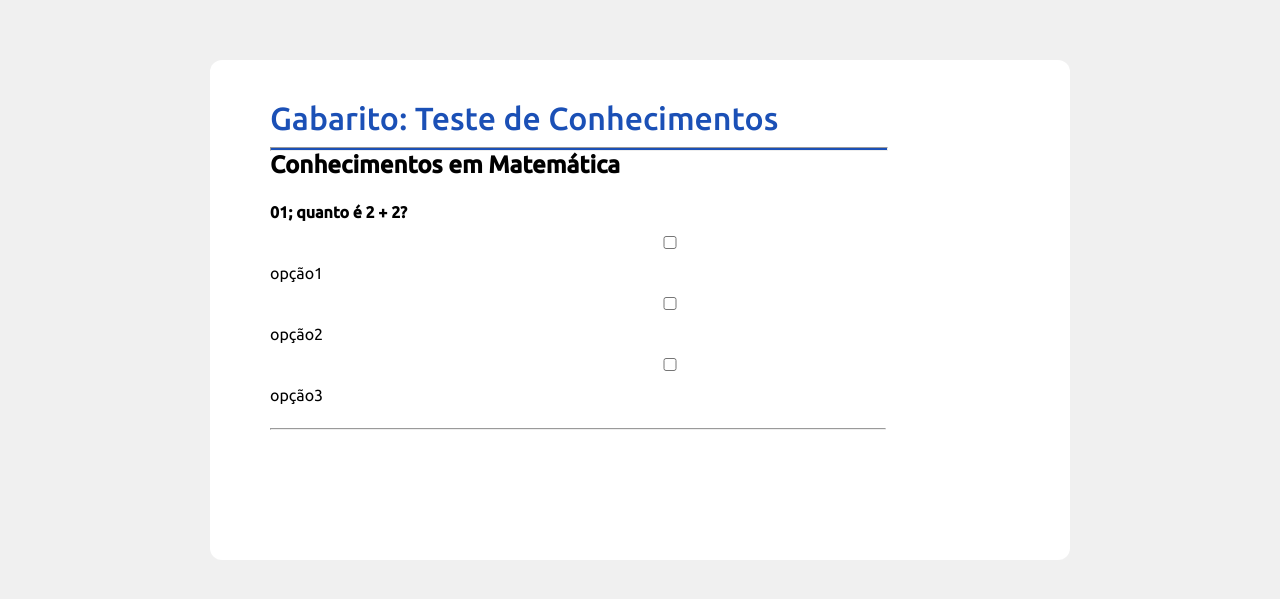
Repository: Delei09/desafioPerguntas
Page: / (app in frontend/)
An editor plug-in stored every save of this project. The page is shown before and after the next save, followed by the edit.
The browser window is 1280 px wide. The pictures show the whole page.
The project was rebuilt for these pictures with package versions that can differ from the ones it lists, and the page was loaded fresh each time.

Above is the page before, as saved 2021-08-18 09:19:57.

After the next save:
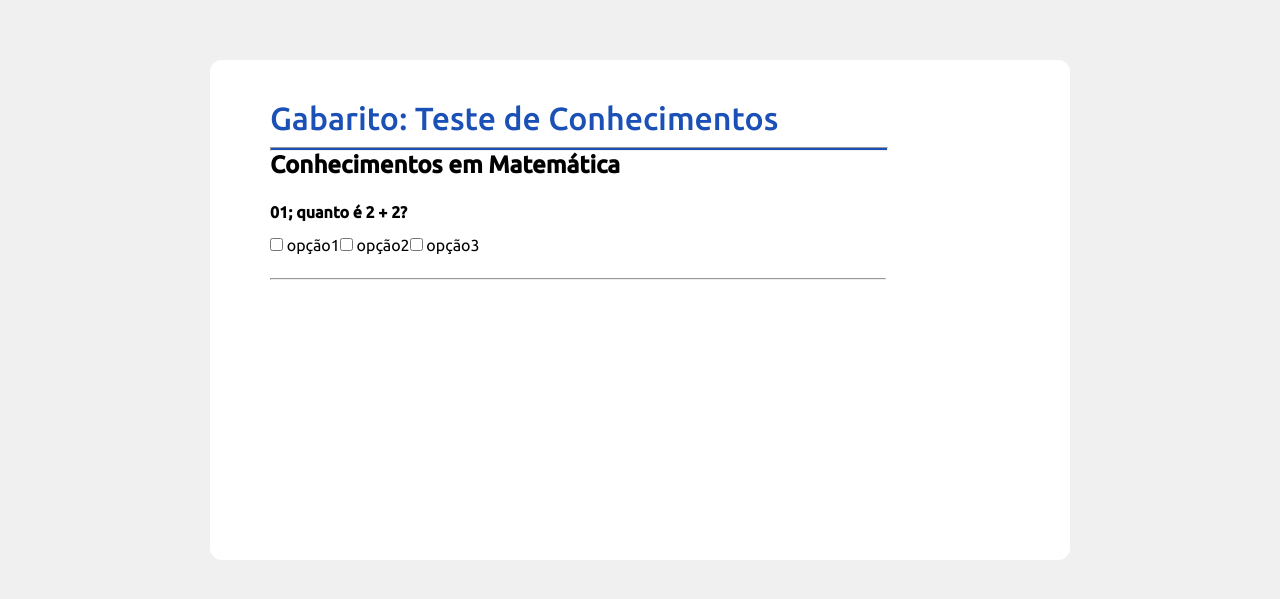
Saved 39 s later.
--- a/frontend/src/page/Home.tsx
+++ b/frontend/src/page/Home.tsx
@@ -10,9 +10,12 @@
    <Header titulo = 'Gabarito: Teste de Conhecimentos' />
    <Main titulo = 'Conhecimentos em Matemática'>
          <h4>01; quanto é 2 + 2?</h4>
-         <input type="checkbox" name="OPCAO" value="op1" /> opção1
-         <input type="checkbox" name="OPCAO" value="op2" /> opção2
-         <input type="checkbox" name="OPCAO" value="op3" /> opção3
+         <div>
+            <input type="checkbox" name="OPCAO" value="op1" /> opção1
+            <input type="checkbox" name="OPCAO" value="op2" /> opção2
+            <input type="checkbox" name="OPCAO" value="op3" /> opção3
+          </div>
+
    </Main>
 </>
  )

After the 4 saves that followed:
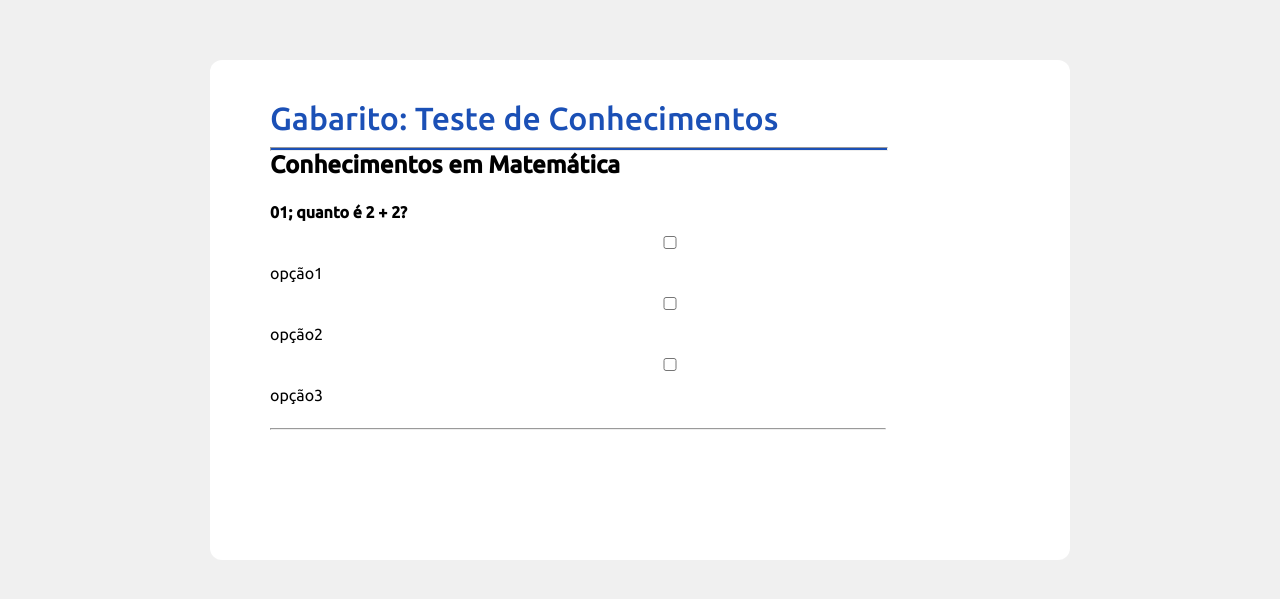
The 4 saves are shown as one change because 3 left the picture as it was.
The last was saved 63 s later.
--- a/frontend/src/page/Home.tsx
+++ b/frontend/src/page/Home.tsx
@@ -10,11 +10,11 @@
    <Header titulo = 'Gabarito: Teste de Conhecimentos' />
    <Main titulo = 'Conhecimentos em Matemática'>
          <h4>01; quanto é 2 + 2?</h4>
-         <div>
+         <div className = 'mainOpcao'>
             <input type="checkbox" name="OPCAO" value="op1" /> opção1
             <input type="checkbox" name="OPCAO" value="op2" /> opção2
             <input type="checkbox" name="OPCAO" value="op3" /> opção3
-          </div>
+         </div>
 
    </Main>
 </>
--- a/frontend/src/styles/main.scss
+++ b/frontend/src/styles/main.scss
@@ -16,3 +16,9 @@ main{
  }
 
 }
+
+.mainOpcao{
+ display : flex;
+ flex-direction: column;
+ gap : 15px;
+}
